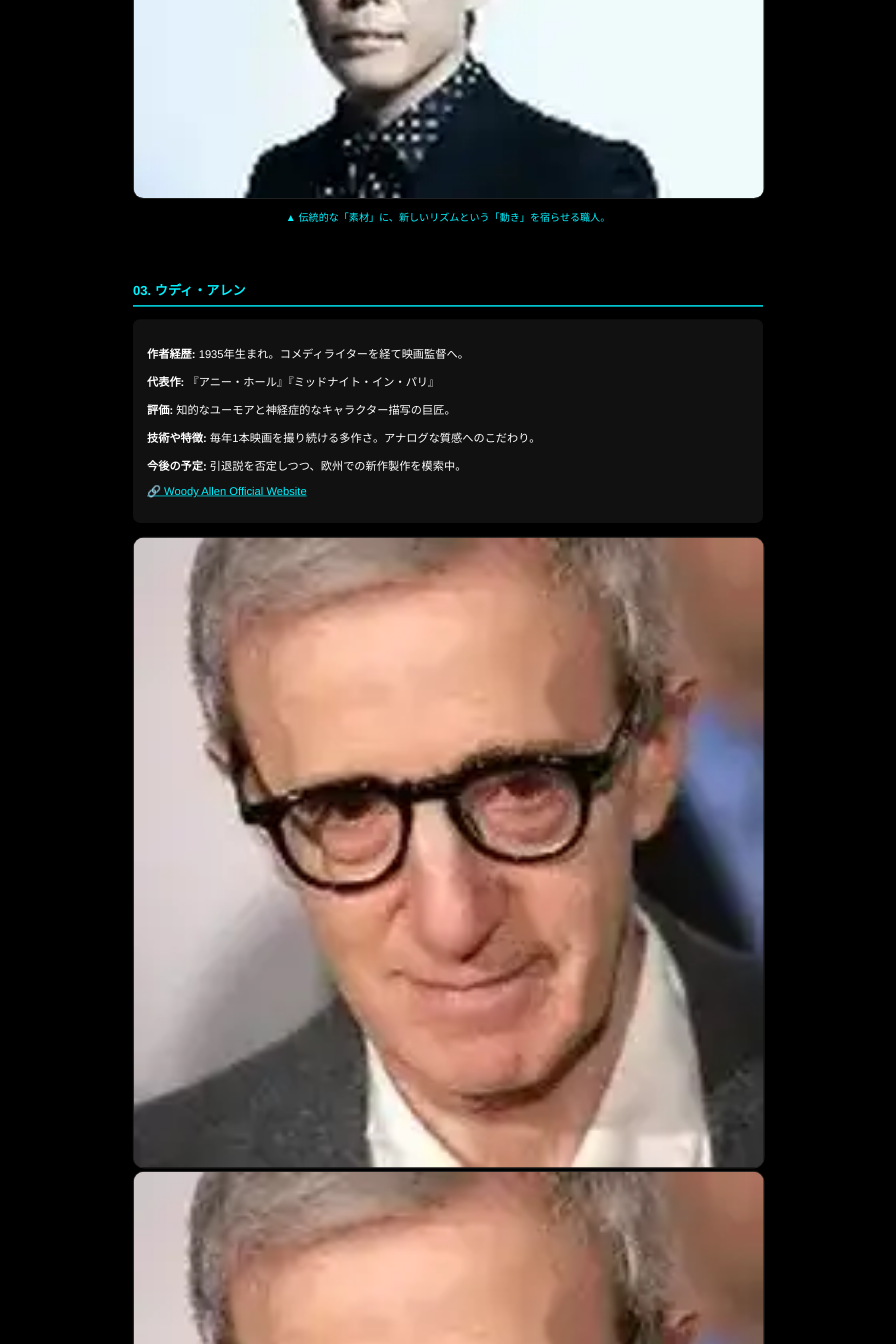
Repository: hamagoro/my-animation-site
Page: episodes/vol12.html
The author's editor kept a copy of each file at every save. The page is drawn from the files as they stood at one save, then again after the next save.
The browser window is 1280 px wide. The pictures show the part of the page from y = 4580 to 6500 px (the page is 19107 px tall before and 19262 px after), at 70% of full size.
A picture or video elsewhere on the page could not be fetched, so the positions and the page height are approximate.

Above is the page before, as saved 2026-01-25 01:06:44.

### episodes/vol12.html
<!DOCTYPE html>
<html lang="ja">
<head>
    <meta charset="UTF-8">
    <meta name="viewport" content="width=device-width, initial-scale=1.0">

    <meta property="og:title" content="vol.12 ストップモーションの精神と通じる表現者たち">
    <meta property="og:description" content="村上春樹から村田沙也加まで。物質を刻み、命を偽造する『職人』たちの共通点。">
    <meta property="og:type" content="article">
    <meta property="og:url" content="https://hamagoro.github.io/my-animation-site/episodes/vol12.html">
    <meta property="og:image" content="https://hamagoro.github.io/my-animation-site/images/vol12/main-visual.webp">
    <meta property="og:site_name" content="ストップモーションアニメ通信">
    <link rel="icon" href="../images/logo2.webp" type="image/webp">

    <title>vol.12 表現者たちのコマ撮り精神 - ストップモーションアニメ通信</title>
    <link rel="stylesheet" href="../style.css">
</head>
<body style="background-color: #000; color: #fff;">

    <header class="main-header" style="text-align: center; padding: 40px 0;">
        <img src="../images/logo.webp" alt="The Animeda! Project" class="header-logo" style="max-width: 200px;">
        <h1 class="header-title" style="color: #fff; font-size: 2rem; margin: 10px 0;">ストップモーションアニメ通信</h1>
        <p class="header-subtitle" style="color: #888;">物質と魂が交差する、1fpsのアーカイブ</p>
    </header>

    <nav style="padding: 20px; display: flex; justify-content: space-between; font-weight: bold; max-width: 900px; margin: 0 auto; border-bottom: 1px solid #333;">
        <a href="../index.html" style="color: #00f2ff; text-decoration: none;">← BACK TO INDEX</a>
        <div>
            <a href="vol11.html" style="color: #ff00ff; text-decoration: none; margin-right: 20px;">← 前のVol.11へ</a>
            <a href="vol13.html" style="color: #00f2ff; text-decoration: none;">次のVol.13へ →</a>
        </div>
    </nav>

    <article class="episode-container" style="max-width: 900px; margin: 0 auto; padding: 40px; text-align: left;">

        <header class="episode-header" style="margin-bottom: 60px;">
            <p style="color: #ff00ff; margin-bottom: 5px; font-weight: bold;">Vol.12 / The Creators' Spirit Special</p>
            <h2 style="font-size: 2.5rem; border-left: 8px solid #00f2ff; padding-left: 20px; line-height: 1.2; text-shadow: 0 0 10px rgba(0,242,255,0.5);">
                ストップモーションの精神と<br>通じる表現者たち
            </h2>
            <p class="date" style="margin-top: 15px; color: #888;">2026.01.25 UP</p>
        </header>

        <section class="top-link-area" style="margin-bottom: 70px; padding: 30px; background: #1a1a1a; border-radius: 15px; border: 2px solid #ff00ff; box-shadow: 0 0 20px rgba(255, 0, 255, 0.2);">
            <h3 style="color: #ff00ff; margin-top: 0;">🤖 Gemini Analysis：共通する「コマ撮り」的狂気</h3>
            <p style="line-height: 1.8; color: #ccc;">
                今回選ばれた表現者たちに共通するのは、<strong>「時間の解体と再構築」</strong>への偏執的なこだわりです。1秒間に24回の静止を積み重ねるストップモーションのように、彼らは日常の断片を細かく刻み、独自の理論と手触りをもって、新しい「命」を吹き込みます。
            </p>
        </section>

        <section style="margin-bottom: 80px;">
            <h3 style="color: #00f2ff; border-bottom: 2px solid #00f2ff; padding-bottom: 10px;">01. 村上 春樹</h3>
            <div style="background: #111; padding: 20px; border-radius: 10px; margin-bottom: 20px;">
                <p><strong>作者経歴:</strong> 1949年生まれ。早稲田大学卒、ジャズ喫茶経営を経てデビュー。</p>
                <p><strong>代表作:</strong> 『ノルウェイの森』『1Q84』『海辺のカフカ』</p>
                <p><strong>評価:</strong> 世界で最も著名な現代日本作家の一人。ノーベル文学賞候補の常連。</p>
                <p><strong>技術や特徴:</strong> 規則正しい生活ルーチンによる執筆。現実と非現実が混ざり合う「マジックリアリズム」。</p>
                <p><strong>今後の予定:</strong> 新たな中編小説の翻訳やエッセイ集の出版が期待されています。</p>
                <p style="margin-top: 10px;"><a href="https://www.shinchosha.co.jp/harukimurakami/" target="_blank" style="color: #00f2ff;">🔗 村上春樹 | 新潮社公式サイト</a></p>
            </div>
            <div style="text-align: center;">
                <img src="../images/vol12/murakami.webp" alt="Haruki Murakami" style="width: 100%; border-radius: 15px; border: 1px solid #333;">
                <a href="https://www.shinchosha.co.jp/harukimurakami/" target="_blank">
                    <img src="../images/vol12/murakami.webp" alt="Haruki Murakami" style="width: 100%; border-radius: 15px; border: 1px solid #333;">
                </a>
                <p style="font-size: 0.9rem; color: #ff00ff; margin-top: 10px;">▲ 毎日数秒分のコマを積み上げるアニメーターのように、4時起きの執筆を貫く。</p>
            </div>
        </section>

        <section style="margin-bottom: 80px;">
            <h3 style="color: #ff00ff; border-bottom: 2px solid #ff00ff; padding-bottom: 10px;">02. 宮沢 和史</h3>
            <div style="background: #111; padding: 20px; border-radius: 10px; margin-bottom: 20px;">
                <p><strong>作者経歴:</strong> 1966年生まれ。THE BOOMのボーカリストとしてデビュー。</p>
                <p><strong>代表作:</strong> 『島唄』『風になりたい』</p>
                <p><strong>評価:</strong> 日本のロックに民族音楽を融合させた先駆者。探求者としての高い評価。</p>
                <p><strong>技術や特徴:</strong> 土地の音をサンプリングして再構成する、フィールドワーク的な制作スタイル。</p>
                <p><strong>今後の予定:</strong> 2026年はデビュー37周年。平和をテーマにしたコンサートを継続中。</p>
                <p style="margin-top: 10px;"><a href="https://www.miyazawa-kazufumi.jp/" target="_blank" style="color: #00f2ff;">🔗 宮沢和史オフィシャルウェブサイト</a></p>
            </div>
            <div style="text-align: center;">
                <img src="../images/vol12/miyazawa.webp" alt="Kazufumi Miyazawa" style="width: 100%; border-radius: 15px; border: 1px solid #333;">
                <a href="https://www.miyazawa-kazufumi.jp/" target="_blank">
                    <img src="../images/vol12/miyazawa.webp" alt="Kazufumi Miyazawa" style="width: 100%; border-radius: 15px; border: 1px solid #333;">
                </a>
                <p style="font-size: 0.9rem; color: #00f2ff; margin-top: 10px;">▲ 伝統的な「素材」に、新しいリズムという「動き」を宿らせる職人。</p>
            </div>
        </section>

        <section style="margin-bottom: 80px;">
            <h3 style="color: #00f2ff; border-bottom: 2px solid #00f2ff; padding-bottom: 10px;">03. ウディ・アレン</h3>
            <div style="background: #111; padding: 20px; border-radius: 10px; margin-bottom: 20px;">
                <p><strong>作者経歴:</strong> 1935年生まれ。コメディライターを経て映画監督へ。</p>
                <p><strong>代表作:</strong> 『アニー・ホール』『ミッドナイト・イン・パリ』</p>
                <p><strong>評価:</strong> 知的なユーモアと神経症的なキャラクター描写の巨匠。</p>
                <p><strong>技術や特徴:</strong> 毎年1本映画を撮り続ける多作さ。アナログな質感へのこだわり。</p>
                <p><strong>今後の予定:</strong> 引退説を否定しつつ、欧州での新作製作を模索中。</p>
                <p style="margin-top: 10px;"><a href="https://woodyallen.com/filmography/" target="_blank" style="color: #00f2ff;">🔗 Woody Allen Official Website</a></p>
            </div>
            <div style="text-align: center;">
                <img src="../images/vol12/woody.webp" alt="Woody Allen" style="width: 100%; border-radius: 15px; border: 1px solid #333;">
                <a href="https://woodyallen.com/filmography/" target="_blank">
                    <img src="../images/vol12/woody.webp" alt="Woody Allen" style="width: 100%; border-radius: 15px; border: 1px solid #333;">
                </a>
                <p style="font-size: 0.9rem; color: #ff00ff; margin-top: 10px;">▲ 街の風景を自身の妄想で「実写」として再構築する、ストップモーション的な統治力。</p>
            </div>
        </section>

        <section style="margin-bottom: 80px;">
            <h3 style="color: #ff00ff; border-bottom: 2px solid #ff00ff; padding-bottom: 10px;">04. の子</h3>
            <div style="background: #111; padding: 20px; border-radius: 10px; margin-bottom: 20px;">
                <p><strong>作者経歴:</strong> 千葉県出身。ニコニコ動画等でカルト的な人気を博し、2008年結成。</p>
                <p><strong>代表作:</strong> 『ロックンロールは鳴り止まないっ』『僕の戦争』</p>
                <p><strong>評価:</strong> ネット世代のカリスマ。衝動と繊細さが共存する表現力。</p>
                <p><strong>技術や特徴:</strong> 宅録と自作PVによるDIY精神。ノイズの美学。</p>
                <p><strong>今後の予定:</strong> ライブ配信を軸とした神出鬼没な活動を展開予定。</p>
                <p style="margin-top: 10px;"><a href="https://shinseikamattechan.jp/" target="_blank" style="color: #00f2ff;">🔗 神聖かまってちゃん オフィシャルサイト</a></p>
            </div>
            <div style="text-align: center;">
                <img src="../images/vol12/noko.webp" alt="Noko" style="width: 100%; border-radius: 15px; border: 1px solid #333;">
                <a href="https://shinseikamattechan.jp/" target="_blank">
                    <img src="../images/vol12/noko.webp" alt="Noko" style="width: 100%; border-radius: 15px; border: 1px solid #333;">
                </a>
                <p style="font-size: 0.9rem; color: #00f2ff; margin-top: 10px;">▲ 部屋にあるものすべてを「具材」にするDIY精神。ガラクタに命を吹き込む行為。</p>
            </div>
        </section>

        <section style="margin-bottom: 80px;">
            <h3 style="color: #00f2ff; border-bottom: 2px solid #00f2ff; padding-bottom: 10px;">05. マキシマムザ亮君</h3>
            <div style="background: #111; padding: 20px; border-radius: 10px; margin-bottom: 20px;">
                <p><strong>作者経歴:</strong> マキシマム ザ ホルモンの全ての楽曲を手掛ける司令塔。</p>
                <p><strong>代表作:</strong> 『恋のメガラバ』『予襲復讐』</p>
                <p><strong>評価:</strong> 徹底したセルフプロデュース力と、複雑な仕掛けを持つ楽曲構成。</p>
                <p><strong>技術や特徴:</strong> 歌詞カードの注釈まで含めたトータルアート。音と視覚の完全同期。</p>
                <p><strong>今後の予定:</strong> 2026年、新曲と共に新たな「体験型」企画を準備中。</p>
                <p style="margin-top: 10px;"><a href="https://www.55mth.com/" target="_blank" style="color: #00f2ff;">🔗 マキシマム ザ ホルモン Official Site</a></p>
            </div>
            <div style="text-align: center;">
                <img src="../images/vol12/ryokun.webp" alt="Maximum the Ryo-kun" style="width: 100%; border-radius: 15px; border: 1px solid #333;">
                <a href="https://www.55mth.com/" target="_blank">
                    <img src="../images/vol12/ryokun.webp" alt="Maximum the Ryo-kun" style="width: 100%; border-radius: 15px; border: 1px solid #333;">
                </a>
                <p style="font-size: 0.9rem; color: #ff00ff; margin-top: 10px;">▲ 全てのコマに隠し味を仕込むような執念。彼の脳内は常にコマ撮り状態。</p>
            </div>
        </section>

        <section style="margin-bottom: 80px;">
            <h3 style="color: #ff00ff; border-bottom: 2px solid #ff00ff; padding-bottom: 10px;">06. 平田 オリザ</h3>
            <div style="background: #111; padding: 20px; border-radius: 10px; margin-bottom: 20px;">
                <p><strong>作者経歴:</strong> 1962年生まれ。劇団「青年団」主宰。</p>
                <p><strong>代表作:</strong> 『東京ノート』『さよならだけが人生か』</p>
                <p><strong>評価:</strong> 「現代口語演劇理論」を確立。日本演劇界の構造を書き換えた。</p>
                <p><strong>技術や特徴:</strong> 微細な「間」や「言い淀み」を楽譜のように指示する緻密な演出。</p>
                <p><strong>今後の予定:</strong> 豊岡市（兵庫県）を拠点とした教育・芸術活動を加速。</p>
                <p style="margin-top: 10px;"><a href="http://www.seinendan.org/" target="_blank" style="color: #00f2ff;">🔗 青年団公式ホームページ</a></p>
            </div>
            <div style="text-align: center;">
                <img src="../images/vol12/oriza.webp" alt="Oriza Hirata" style="width: 100%; border-radius: 15px; border: 1px solid #333;">
                <a href="http://www.seinendan.org/" target="_blank">
                    <img src="../images/vol12/oriza.webp" alt="Oriza Hirata" style="width: 100%; border-radius: 15px; border: 1px solid #333;">
                </a>
                <p style="font-size: 0.9rem; color: #00f2ff; margin-top: 10px;">▲ 「0.1秒の間」を調整する演出は、ストップモーションのタイミング調整そのもの。</p>
            </div>
        </section>

        <section style="margin-bottom: 80px;">
            <h3 style="color: #00f2ff; border-bottom: 2px solid #00f2ff; padding-bottom: 10px;">07. 宇多丸</h3>
            <div style="background: #111; padding: 20px; border-radius: 10px; margin-bottom: 20px;">
                <p><strong>作者経歴:</strong> 1969年生まれ。RHYMESTERのラッパーであり、映画評論家。</p>
                <p><strong>代表作:</strong> 『B-BOYイズム』、ラジオ番組『アフター6ジャンクション 2』</p>
                <p><strong>評価:</strong> ポップカルチャーへの深い洞察と、構造的な批評眼による信頼感。</p>
                <p><strong>技術や特徴:</strong> 歴史的文脈を重んじ、それを現代のスキルで構築するアーカイブ能力。</p>
                <p><strong>今後の予定:</strong> ラジオと音楽を通じ、文化を「コマ送り」で分析し続けます。</p>
                <p style="margin-top: 10px;"><a href="https://www.rhymester.jp/" target="_blank" style="color: #00f2ff;">🔗 RHYMESTER Official Site</a></p>
            </div>
            <div style="text-align: center;">
                <img src="../images/vol12/utamaru.webp" alt="Utamaru" style="width: 100%; border-radius: 15px; border: 1px solid #333;">
                <a href="https://www.rhymester.jp/" target="_blank">
                    <img src="../images/vol12/utamaru.webp" alt="Utamaru" style="width: 100%; border-radius: 15px; border: 1px solid #333;">
                </a>
                <p style="font-size: 0.9rem; color: #ff00ff; margin-top: 10px;">▲ 1カットを徹底的に分解するその視点は、静止画の連続性を愛する者の眼差し。</p>
            </div>
        </section>

        <section style="margin-bottom: 80px;">
            <h3 style="color: #ff00ff; border-bottom: 2px solid #ff00ff; padding-bottom: 10px;">08. 村田 沙也加</h3>
            <div style="background: #111; padding: 20px; border-radius: 10px; margin-bottom: 20px;">
                <p><strong>作者経歴:</strong> 1979年生まれ。2016年『コンビニ人間』で芥川賞受賞。</p>
                <p><strong>代表作:</strong> 『コンビニ人間』『地球星人』</p>
                <p><strong>評価:</strong> 「普通」という概念を破壊する唯一無二の感性。世界的な評価。</p>
                <p><strong>技術や特徴:</strong> 身体の部位を「物体」として捉え、組み替えるような無機質な描写。</p>
                <p><strong>今後の予定:</strong> 待望の長編新作と、海外版の刊行が待機中。</p>
                <p style="margin-top: 10px;"><a href="https://booklog.jp/author/%E6%9D%91%E7%94%B0%E6%B2%99%E8%80%B6%E9%A6%99" target="_blank" style="color: #00f2ff;">🔗 村田沙也加 | ブクログ 作品一覧</a></p>
            </div>
            <div style="text-align: center;">
                <img src="../images/vol12/murata.webp" alt="Sayaka Murata" style="width: 100%; border-radius: 15px; border: 1px solid #333;">
                <a href="https://booklog.jp/author/%E6%9D%91%E7%94%B0%E6%B2%99%E8%80%B6%E9%A6%99" target="_blank">
                    <img src="../images/vol12/murata.webp" alt="Sayaka Murata" style="width: 100%; border-radius: 15px; border: 1px solid #333;">
                </a>
                <p style="font-size: 0.9rem; color: #00f2ff; margin-top: 10px;">▲ 人間をパペットのように観察し、世界の「不自然さ」を再構築する筆致。</p>
            </div>
        </section>

        <section style="margin: 60px 0; padding: 30px; background: #1a1a1a; border-radius: 20px; border: 1px dashed #00f2ff;">
            <h4 style="margin: 0; color: #00f2ff; font-size: 1.4rem;">🔍 Animeda! 視点：静止画の集積が「意志」になる</h4>
            <p style="font-size: 1rem; margin-top: 15px; line-height: 2; color: #ccc;">
                ストップモーションは、1コマ（静止）という「死」を繋ぎ合わせて「生」を作る作業。村上春樹のルーチン、宇多丸の批評、亮君の注釈……それらもまた、膨大な「静止した思考」の集積です。AIが滑らかに正解を導き出す時代だからこそ、この職人的な「カクつき」と「執念」に、私たちは人間らしさを感じるのかもしれません。
            </p>
        </section>

    </article>

    <nav style="padding: 40px 20px; display: flex; justify-content: space-between; font-weight: bold; max-width: 900px; margin: 0 auto; border-top: 1px solid #333;">
        <a href="../index.html" style="color: #00f2ff; text-decoration: none;">← BACK TO INDEX</a>
        <a href="vol11.html" style="color: #ff00ff; text-decoration: none;">← 前のVol.11へ</a>
    </nav>

    <footer class="main-footer" style="padding: 80px 20px; text-align: center; border-top: 4px solid #ff00ff; background: #000;">
        <img src="../images/logo.webp" alt="Logo" class="footer-logo" style="max-width: 180px; margin-bottom: 20px;">
        <p class="footer-credit" style="color: #00f2ff; font-weight: 900;">© 2026 The Animeda! Project</p>
    </footer>

</body>
</html>

### style.css
/* --- 共通：ネオンヘッダーの定義 --- */
body {
    background-color: #000 !important;
    color: #ffffff !important;
    font-family: 'Helvetica Neue', Arial, 'Hiragino Kaku Gothic ProN', 'Hiragino Sans', Meiryo, sans-serif;
    margin: 0;
}

/* ヘッダー全体の共通スタイル */
.main-header {
    padding: 80px 20px;
    text-align: center;
    background: radial-gradient(circle at center, #1a1a1a 0%, #000 100%);
    position: relative;
    overflow: hidden;
    border-bottom: 3px solid #333;
}

/* ロゴ背後のネオン光 */
.main-header::before {
    content: "";
    position: absolute;
    top: 40%; left: 50%;
    transform: translate(-50%, -50%);
    width: 400px; height: 150px;
    background: rgba(255, 0, 255, 0.7);
    filter: blur(80px);
    z-index: 0;
}

.header-logo {
    position: relative; z-index: 1;
    max-width: 320px;
    filter: drop-shadow(0 0 20px rgba(255, 0, 255, 1));
    margin-bottom: 20px;
}

.header-title {
    position: relative; z-index: 1;
    font-size: 2.5rem; font-weight: 900;
    text-shadow: 0 0 15px #ff00ff, 0 0 30px #ff00ff;
    margin: 0;
}

.header-subtitle {
    position: relative; z-index: 1;
    color: #00f2ff; font-weight: bold;
    text-shadow: 0 0 10px #00f2ff;
    letter-spacing: 0.15em; margin-top: 15px;
}

/* フッターのネオン共通スタイル */
.main-footer {
    padding: 80px 20px;
    text-align: center;
    background: #000;
    border-top: 4px solid #ff00ff;
    margin-top: 50px;
}

.footer-logo {
    max-width: 150px;
    filter: drop-shadow(0 0 15px rgba(255, 0, 255, 0.7));
}

.footer-credit {
    color: #00f2ff; font-weight: 900;
    text-shadow: 0 0 10px rgba(0, 242, 255, 0.5);
    margin-top: 15px;
}

After the next save:
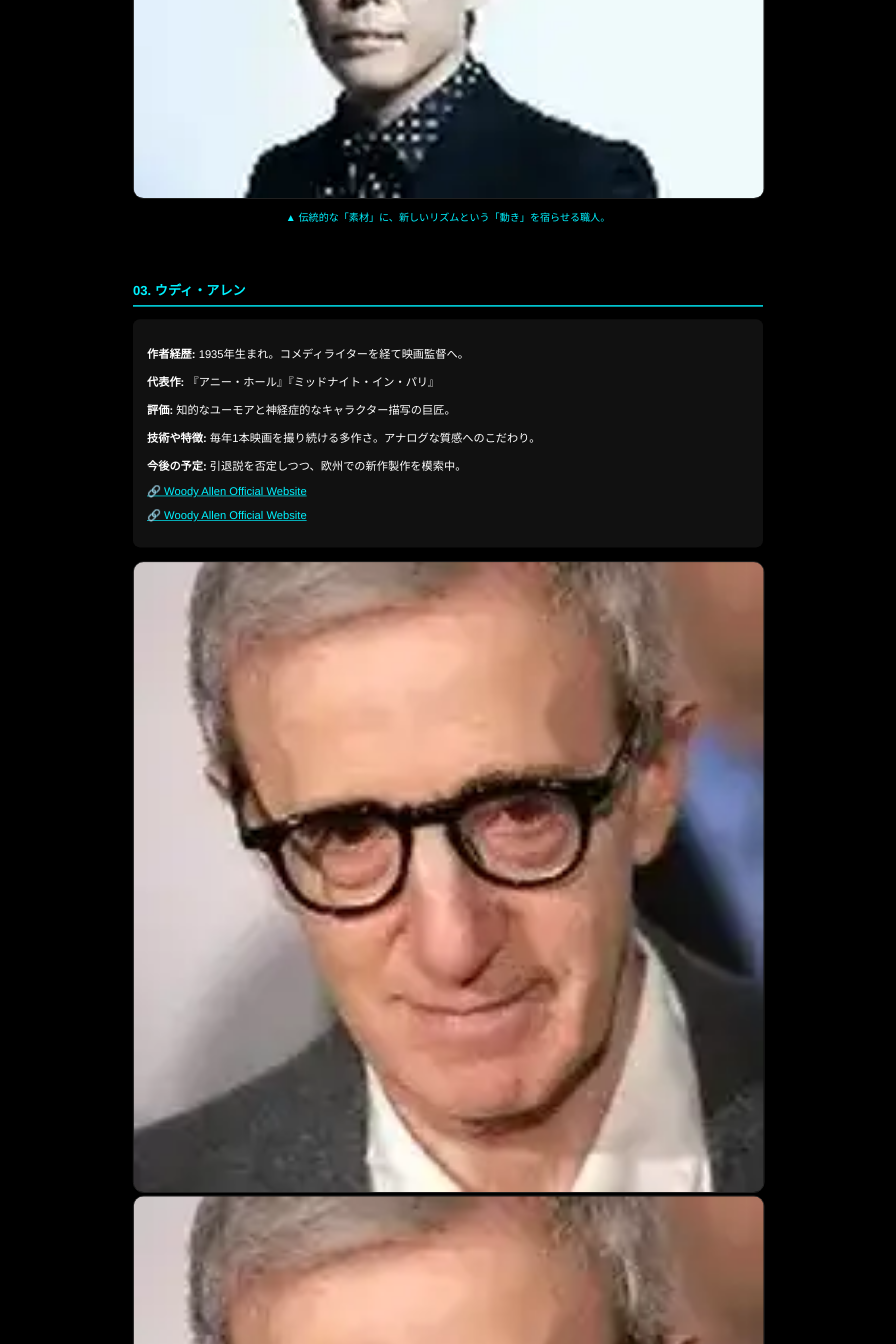
Saved 59 s later.
--- a/episodes/vol12.html
+++ b/episodes/vol12.html
@@ -95,10 +95,12 @@
                 <p><strong>技術や特徴:</strong> 毎年1本映画を撮り続ける多作さ。アナログな質感へのこだわり。</p>
                 <p><strong>今後の予定:</strong> 引退説を否定しつつ、欧州での新作製作を模索中。</p>
                 <p style="margin-top: 10px;"><a href="https://woodyallen.com/filmography/" target="_blank" style="color: #00f2ff;">🔗 Woody Allen Official Website</a></p>
+                <p style="margin-top: 10px;"><a href="https://www.woodyallen.com/" target="_blank" style="color: #00f2ff;">🔗 Woody Allen Official Website</a></p>
             </div>
             <div style="text-align: center;">
                 <img src="../images/vol12/woody.webp" alt="Woody Allen" style="width: 100%; border-radius: 15px; border: 1px solid #333;">
                 <a href="https://woodyallen.com/filmography/" target="_blank">
+                <a href="https://www.woodyallen.com/" target="_blank">
                     <img src="../images/vol12/woody.webp" alt="Woody Allen" style="width: 100%; border-radius: 15px; border: 1px solid #333;">
                 </a>
                 <p style="font-size: 0.9rem; color: #ff00ff; margin-top: 10px;">▲ 街の風景を自身の妄想で「実写」として再構築する、ストップモーション的な統治力。</p>
@@ -114,6 +116,7 @@
                 <p><strong>技術や特徴:</strong> 宅録と自作PVによるDIY精神。ノイズの美学。</p>
                 <p><strong>今後の予定:</strong> ライブ配信を軸とした神出鬼没な活動を展開予定。</p>
                 <p style="margin-top: 10px;"><a href="https://shinseikamattechan.jp/" target="_blank" style="color: #00f2ff;">🔗 神聖かまってちゃん オフィシャルサイト</a></p>
+                <p style="margin-top: 5px;"><a href="https://www.youtube.com/@shinseikamattechan" target="_blank" style="color: #00f2ff;">🔗 神聖かまってちゃん | YouTube Official</a></p>
             </div>
             <div style="text-align: center;">
                 <img src="../images/vol12/noko.webp" alt="Noko" style="width: 100%; border-radius: 15px; border: 1px solid #333;">
@@ -133,6 +136,7 @@
                 <p><strong>技術や特徴:</strong> 歌詞カードの注釈まで含めたトータルアート。音と視覚の完全同期。</p>
                 <p><strong>今後の予定:</strong> 2026年、新曲と共に新たな「体験型」企画を準備中。</p>
                 <p style="margin-top: 10px;"><a href="https://www.55mth.com/" target="_blank" style="color: #00f2ff;">🔗 マキシマム ザ ホルモン Official Site</a></p>
+                <p style="margin-top: 5px;"><a href="https://www.youtube.com/@MTHOFFICIAL" target="_blank" style="color: #00f2ff;">🔗 マキシマム ザ ホルモン | YouTube Official</a></p>
             </div>
             <div style="text-align: center;">
                 <img src="../images/vol12/ryokun.webp" alt="Maximum the Ryo-kun" style="width: 100%; border-radius: 15px; border: 1px solid #333;">
@@ -190,10 +194,12 @@
                 <p><strong>技術や特徴:</strong> 身体の部位を「物体」として捉え、組み替えるような無機質な描写。</p>
                 <p><strong>今後の予定:</strong> 待望の長編新作と、海外版の刊行が待機中。</p>
                 <p style="margin-top: 10px;"><a href="https://booklog.jp/author/%E6%9D%91%E7%94%B0%E6%B2%99%E8%80%B6%E9%A6%99" target="_blank" style="color: #00f2ff;">🔗 村田沙也加 | ブクログ 作品一覧</a></p>
+                <p style="margin-top: 10px;"><a href="https://www.shinchosha.co.jp/writer/4487/" target="_blank" style="color: #00f2ff;">🔗 村田沙也加 | 新潮社 著者プロフィール</a></p>
             </div>
             <div style="text-align: center;">
                 <img src="../images/vol12/murata.webp" alt="Sayaka Murata" style="width: 100%; border-radius: 15px; border: 1px solid #333;">
                 <a href="https://booklog.jp/author/%E6%9D%91%E7%94%B0%E6%B2%99%E8%80%B6%E9%A6%99" target="_blank">
+                <a href="https://www.shinchosha.co.jp/writer/4487/" target="_blank">
                     <img src="../images/vol12/murata.webp" alt="Sayaka Murata" style="width: 100%; border-radius: 15px; border: 1px solid #333;">
                 </a>
                 <p style="font-size: 0.9rem; color: #00f2ff; margin-top: 10px;">▲ 人間をパペットのように観察し、世界の「不自然さ」を再構築する筆致。</p>
